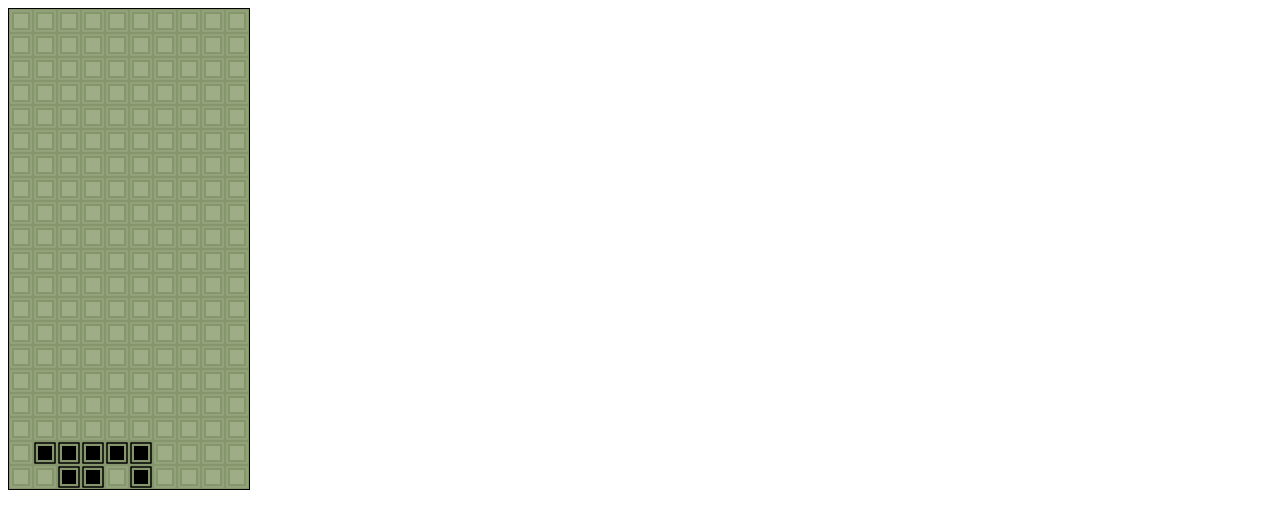
Repository: yzarc204/tetris-web
Page: index.html
The author's editor kept a copy of each file at every save. The page is drawn from the files as they stood at one save, then again after the next save.
The browser window is 1280 px wide. The pictures show the whole page.

Above is the page before, as saved 2021-09-20 20:46:13.

### index.html
<!DOCTYPE html>
<html lang="en">
<head>
    <meta charset="UTF-8">
    <meta http-equiv="X-UA-Compatible" content="IE=edge">
    <meta name="viewport" content="width=device-width, initial-scale=1.0">
    <title>Tetris</title>
    <style>
        canvas {
            border: 1px solid #000;
        }
    </style>
</head>
<body>
    <script src="js/const.js"></script>
    <script src="js/board.js"></script>
    <script src="js/pixel.js"></script>
    <script src="js/brick.js"></script>
    <script src="js/game.js"></script>
</body>
</html>

### js/const.js
const PIXEL_SIZE = 24;

const B = true;
const _ = false;

const ROW = 20;
const COL = 10;

const GAME_WIDTH = PIXEL_SIZE * COL;
const GAME_HEIGHT = PIXEL_SIZE * ROW;

const GAME_BG_COLOR = '#86966c';
const PIXEL_COLOR = '#000000';
const PIXEL_BG_COLOR = '#9EAD86';

const BRICK_SHAPES = [
    [
        [
            [B, B, B, B]
        ]
    ],
    [
        [B, B, B],
        [_, B, _]
    ],
    [
        [B, B, _],
        [_, B, B]
    ],
    [
        [_, B, B],
        [B, B, _]
    ],
    [
        [B, B, B],
        [_, _, B]
    ],
    [
        [B, B, B],
        [B, _, _]
    ],
    [
        [B, B],
        [B, B]
    ],
];

### js/board.js
class Board
{
    constructor(tetris) {
        this.tetris = tetris;
        this.map = [];
        this.row = ROW;
        this.col = COL;
        this.init();
    }

    init() {
        for (let row = 0; row < this.row; row++) {
            let rowData = [];
            for (let col = 0; col < this.col; col++) {
                rowData.push(_);
            }
            this.map.push(rowData);
        }
    }

    isEmptyCell(row, col) {
        if (row > this.row-1 || col > this.col-1)
           return false;
        return this.map[row][col] == _;
    }

    draw() {
        for (let row = 0; row < this.row; row++) {
            for (let col = 0; col < this.col; col++) {
                let color = PIXEL_BG_COLOR;
                if (this.map[row][col] == B)
                    color = PIXEL_COLOR;
                new Pixel(this.tetris, row, col, color).draw();
            }
        }
    }
};

### js/pixel.js
class Pixel
{
    constructor(tetris, row, col, color) {
        this.tetris = tetris;
        this.row = row;
        this.col = col;
        this.color = color;
        this.size = PIXEL_SIZE;
    }

    addPixelToBoard() {
        this.tetris.board.map[this.row][this.col] = B;
    }

    isHitLeft() {
        return this.col == 0;
    }

    canMoveLeft() {
        if (this.isHitLeft())
            return false;
        if (!this.tetris.board.isEmptyCell(this.row, this.col-1))
            return false;
        return true;
    }

    moveLeft() {
        if (this.canMoveLeft())
            this.col--;
    }

    isHitRight() {
        return this.col == COL - 1;
    }

    canMoveRight() {
        if (this.isHitRight())
            return false;
        if (!this.tetris.board.isEmptyCell(this.row, this.col+1))
            return false;
        return true;
    }

    moveRight() {
        if (this.canMoveRight())
            this.col++;
    }

    isHitBottom() {
        return this.row == ROW-1;
    }

    canFall() {
        if (this.isHitBottom())
            return false;
        if (!this.tetris.board.isEmptyCell(this.row+1, this.col))
            return false;
        return true;
    }

    fall() {
        if (this.canFall())
            this.row++;
        else
            this.addPixelToBoard();
    }

    draw() {
        const x = this.row * this.size;
        const y = this.col * this.size;
        // Set color
        this.tetris.ctx.fillStyle = this.color;
        this.tetris.ctx.strokeStyle = this.color;
        this.tetris.ctx.lineWidth = 1;
        // Draw outline
        this.tetris.ctx.strokeRect(y+2, x+2, this.size-4, this.size-4);
        // Draw area
        this.tetris.ctx.fillRect(y+5, x+5, this.size-10, this.size-10, this.color);
    }
};

### js/brick.js
class Brick {
    constructor(tetris, row, col, shape) {
        this.tetris = tetris;
        this.row = row;
        this.col = col;
        this.map = BRICK_SHAPES[shape];
        this.pixels = [];
        this.color = PIXEL_COLOR;
        this.init();
    }

    init() {
        for (let row = 0; row < this.map.length; row++) {
            for (let col = 0; col < this.map[0].length; col++) {
                if (this.map[row][col] == B) {
                    let newPixel = new Pixel(this.tetris, this.row+row, this.col+col, PIXEL_COLOR);
                    this.pixels.push(newPixel);
                }
            }
        }
    }

    addNewBrickToBoard() {
        this.pixels.forEach(pixel => {
            this.tetris.board.map[pixel.row][pixel.col] = B;
        });
    }

    canMoveLeft() {
        let doesCanMoveLeft = true;
        this.pixels.forEach(pixel => {
            if (!pixel.canMoveLeft())
                doesCanMoveLeft = false;
        })
        return doesCanMoveLeft;
    }

    moveLeft() {
        if (this.canMoveLeft()) {
            this.col--;
            this.pixels.forEach(pixel => pixel.moveLeft());
        }
    }

    canFall() {
        let doesCanFall = true;
        this.pixels.forEach(pixel => {
            if (!pixel.canFall())
                doesCanFall = false;
        })
        return doesCanFall;
    }

    fall() {
        if (this.canFall()) {
            this.row++;
            this.pixels.forEach(pixel => pixel.fall());
        } else {
            this.addNewBrickToBoard();
        }
    }

    update() {
        this.fall();
    }

    draw() {
        this.pixels.forEach(pixel => pixel.draw());
    }
};

### js/game.js
class Tetris {
    constructor() {
        this.cvs = null;
        this.ctx = null;
        this.board = null;
        this.brick = null;
        this.score = 0;
        this.init();
        this.startGame();
        this.gameLoop = setInterval(() => this.loop(), 333);
    }

    init() {
        // Create canvas
        this.cvs = document.createElement('canvas');
        this.cvs.width = GAME_WIDTH;
        this.cvs.height = GAME_HEIGHT;
        document.body.appendChild(this.cvs);

        this.ctx = this.cvs.getContext('2d');
    }

    startGame() {
        this.board = new Board(this);
        this.brick = new Brick(this, 4, 3, 4);
        this.brick1 = new Brick(this, 6, 1, 2);
        // this.pixel = new Pixel(this, 0, 4, PIXEL_COLOR);
        // this.pixel2 = new Pixel(this, 3, 4, PIXEL_COLOR);
    }

    clrscr() {
        this.ctx.fillStyle = GAME_BG_COLOR;
        this.ctx.fillRect(0, 0, GAME_WIDTH, GAME_HEIGHT);
    }

    loop() {
        this.clrscr();
        this.update();
        this.draw();
    }

    update() {
        // this.pixel.fall();
        // this.pixel2.fall();
        this.brick.update();
        this.brick1.update();
    }

    draw() {
        this.board.draw();
        this.brick.draw();
        this.brick1.draw();
        // this.pixel.draw();
        // this.pixel2.draw();
    }
};

const tetris = new Tetris();

After the next save:
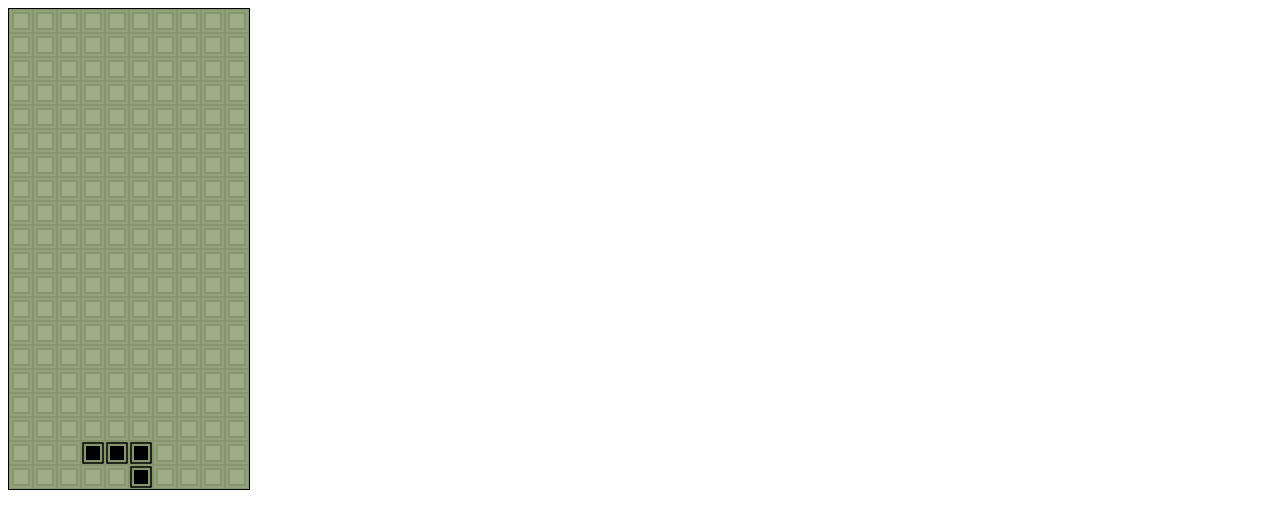
Saved 20 s later.
--- a/js/game.js
+++ b/js/game.js
@@ -23,9 +23,6 @@ class Tetris {
     startGame() {
         this.board = new Board(this);
         this.brick = new Brick(this, 4, 3, 4);
-        this.brick1 = new Brick(this, 6, 1, 2);
-        // this.pixel = new Pixel(this, 0, 4, PIXEL_COLOR);
-        // this.pixel2 = new Pixel(this, 3, 4, PIXEL_COLOR);
     }
 
     clrscr() {
@@ -40,18 +37,12 @@ class Tetris {
     }
 
     update() {
-        // this.pixel.fall();
-        // this.pixel2.fall();
         this.brick.update();
-        this.brick1.update();
     }
 
     draw() {
         this.board.draw();
         this.brick.draw();
-        this.brick1.draw();
-        // this.pixel.draw();
-        // this.pixel2.draw();
     }
 };
 
